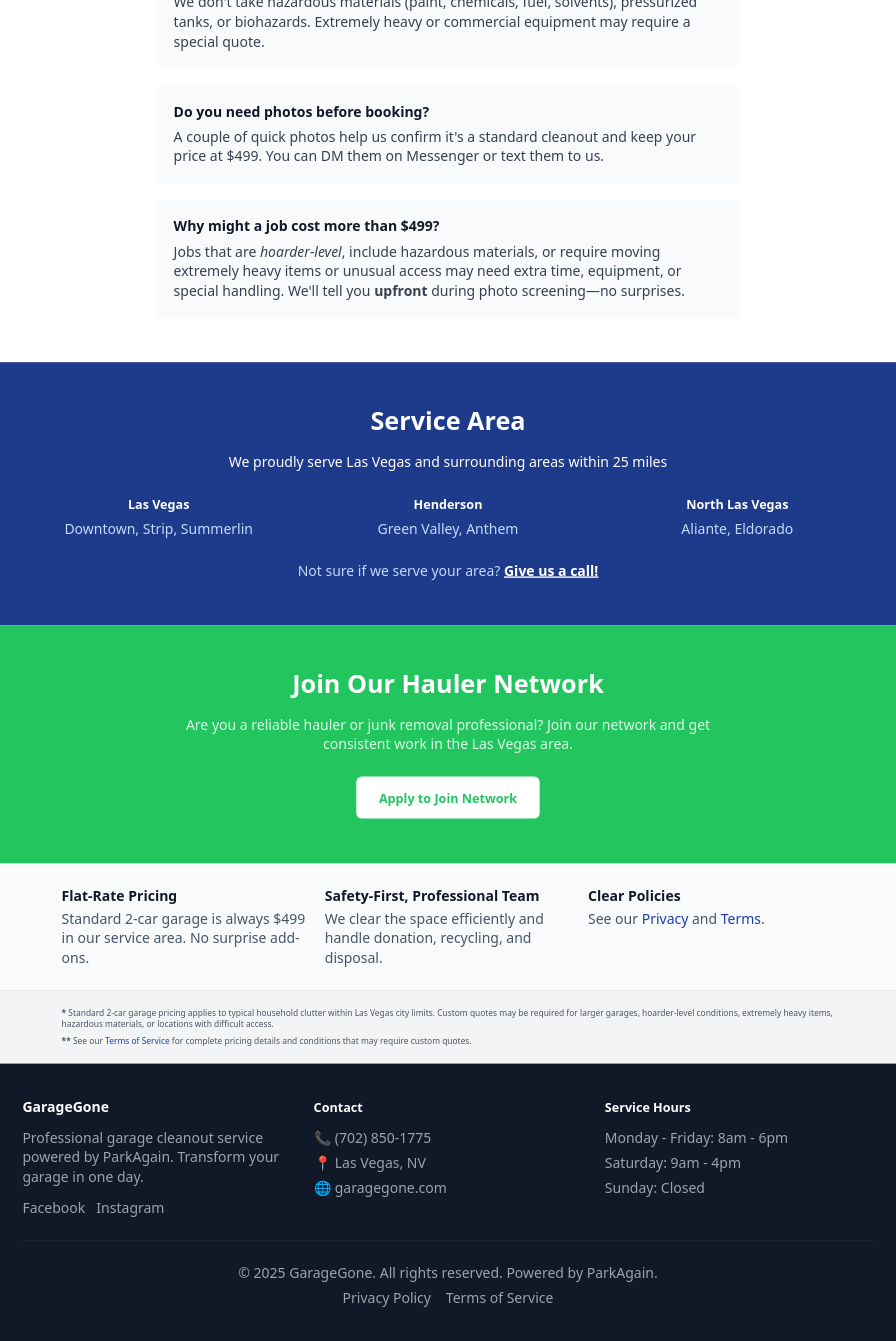
Repository: nikwhite1169/garagegone
Page: index.html
These files come from the project's save history. The page is drawn as it stood at one moment and after the next save; the edit follows.
The browser window is 1280 px wide. The pictures show the part of the page from y = 4009 to 5929 px (the page is 5925 px tall before and 5929 px after), at 70% of full size.
Some web libraries are served in a nearby version.

Above is the page before, as saved 2025-09-16 00:55:06.

After the next save:
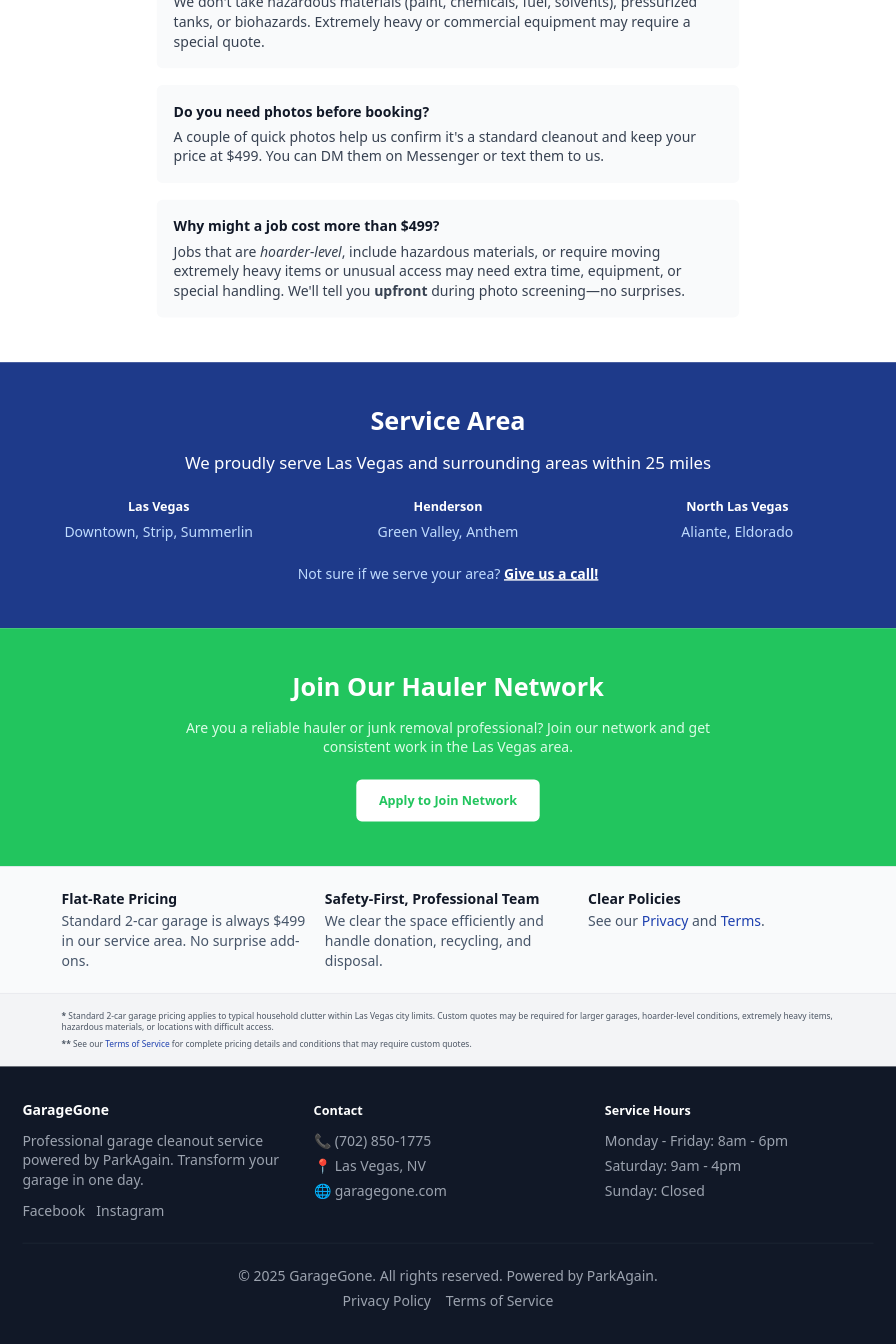
Saved 76 s later.
--- a/index.html
+++ b/index.html
@@ -344,7 +344,7 @@
         <div class="max-w-7xl mx-auto px-4 sm:px-6 lg:px-8">
             <div class="text-center">
                 <h3 class="text-3xl md:text-4xl font-bold mb-6">Service Area</h3>
-                <p class="mb-8">We proudly serve Las Vegas and surrounding areas within 25 miles</p>
+                <p class="mb-8 text-xl md:text-2xl">We proudly serve Las Vegas and surrounding areas within 25 miles</p>
 
                 <div class="grid md:grid-cols-3 gap-6 text-center">
                     <div>
